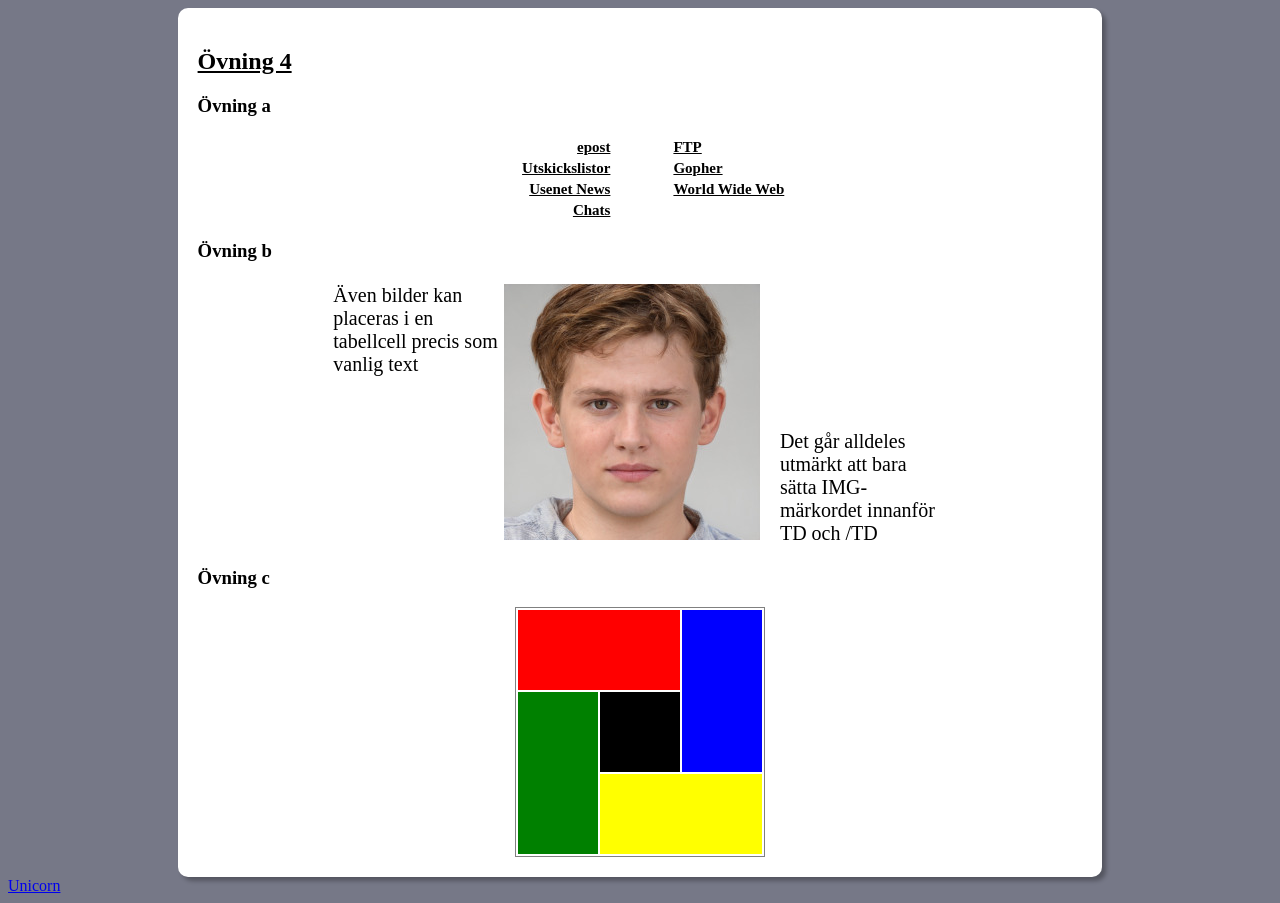
Repository: ViggoSkj/VGY
Page: ovningar/ovning4/ovning4.html
The author's editor kept a copy of each file at every save. The page is drawn from the files as they stood at one save, then again after a run of saves.
The browser window is 1280 px wide. The pictures show the whole page.

Above is the page before, as saved 2022-11-27 11:43:38.

After the next 2 saves:
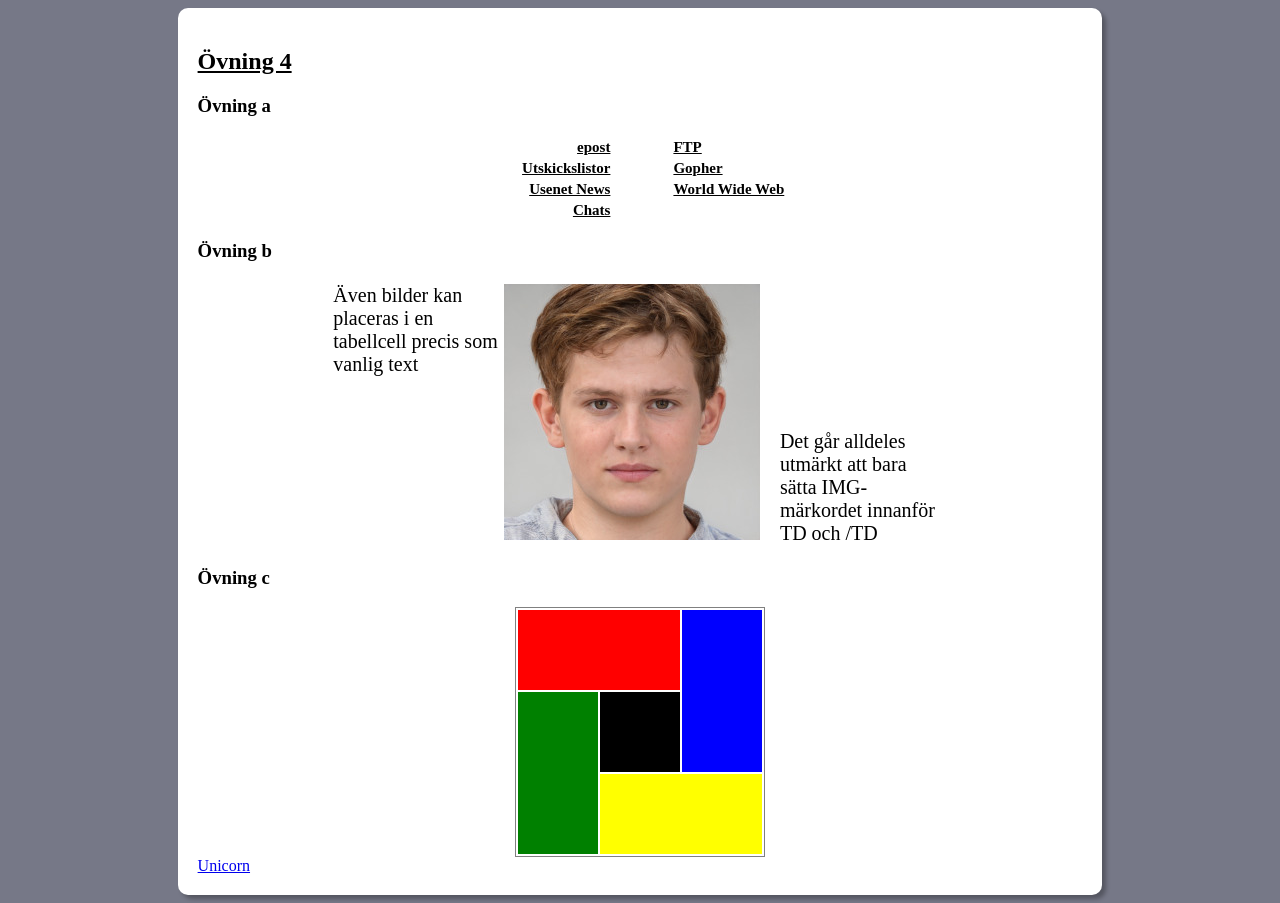
The 2 saves are shown as one change because they came seconds apart.
The last was saved 14 s later.
--- a/ovningar/ovning4/ovning4.html
+++ b/ovningar/ovning4/ovning4.html
@@ -74,12 +74,9 @@
                     <td colspan="2" class="y"></td>
                 </tr>
             </table>
-
+            <div id="myfooter">
+                <a href="https://validator.w3.org/unicorn/check?ucn_uri=labb.vgy.se/~viggosg/ovningar/ovning4.html&ucn_task=conformance">Unicorn</a>
+             </div>
         </div>
-
-        <div id="myfooter">
-            <a href="https://validator.w3.org/unicorn/check?ucn_uri=labb.vgy.se/~viggosg/ovningar/ovning4.html&ucn_task=conformance">Unicorn</a>
-         </div>
-
     </body>
 </html>
